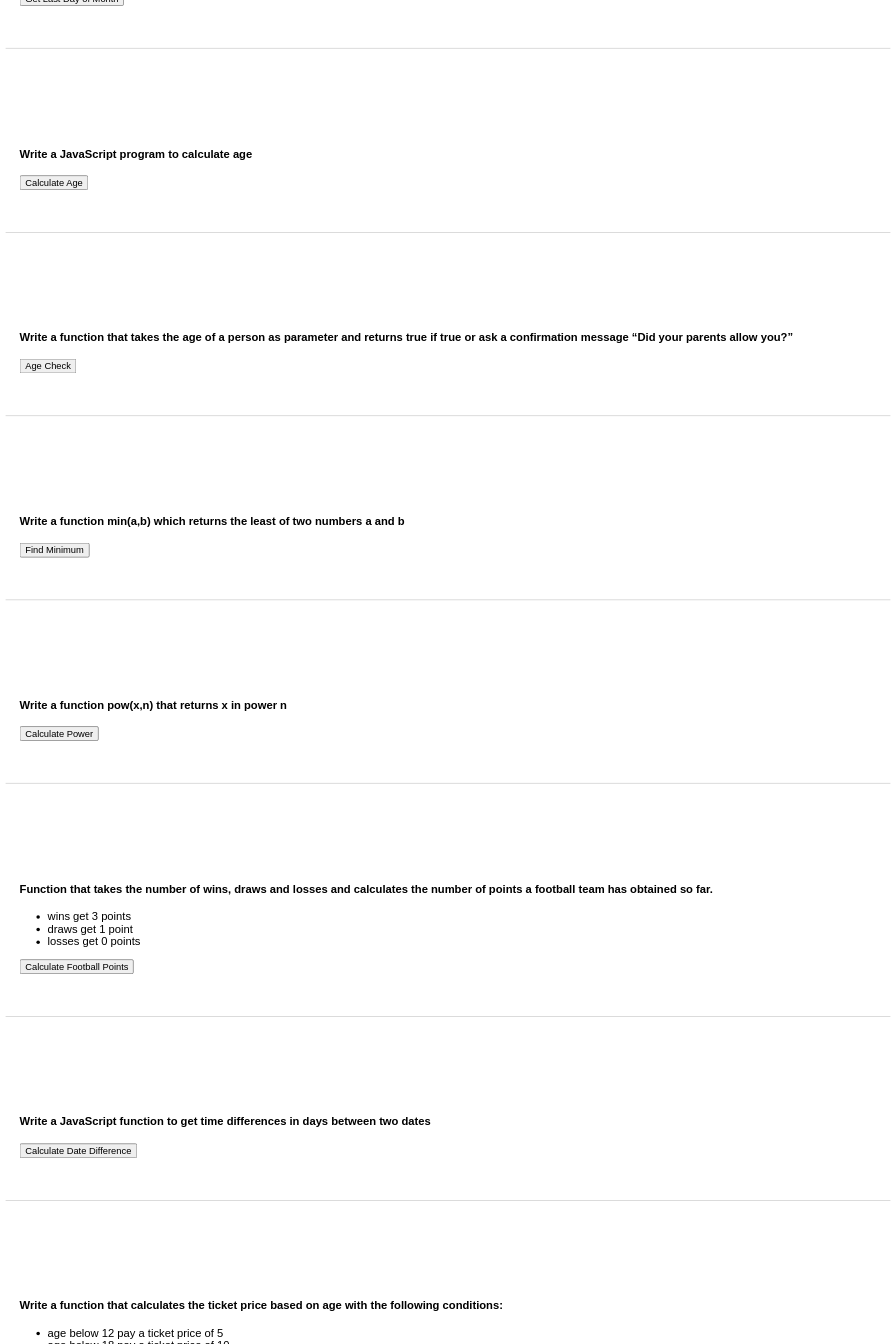
Repository: JoshuaTimothyFelix/fullstack-practice-projects
Page: JavaScript-practice/JScriptPractice.html
The author's editor kept a copy of each file at every save. The page is drawn from the files as they stood at one save, then again after the next save.
The browser window is 1280 px wide. The pictures show the part of the page from y = 2579 to 4499 px (the page is 4652 px tall before and 4649 px after), at 70% of full size.
After loading, the first visible `#calculateAge` was clicked once.

Above is the page before, as saved 2024-07-31 08:02:44.
Console error: TypeError: Cannot set properties of null (setting 'textContent')

### JavaScript-practice/JScriptPractice.html
<!DOCTYPE html>
<html lang="en-us">
<head>
    <meta charset="UTF-8">
    <meta name="viewport" content="width=device-width, initial-scale=1.0">
    <title>Practice JavaScript</title>
    <style>
        body {
            font-family: Arial, sans-serif;
        }
        nav {
            position: fixed;
            top: 0px;
            left: 0px;
            width: 100%;
            background-color: #333;
            color: #fff;
            padding: 10px;
            z-index: 1000;
        }
        nav a {
            color: #fff;
            text-decoration: n;
            margin:15px 0px;
        }
        section {
            padding: 60px 20px;
            margin-top: 60px;
            border-bottom: 1px solid #ccc;
        }
        #output {
            font-size: 20px;
        }
    </style>
    <script src="Scripts/alphabetizeString.js"></script>
</head>
<body>

    <nav>
        <h1><center>Practice JavaScript</center></h1>
        <br><br>
        <a href="#section1">Section 1</a>
        <a href="#section2">Section 2</a>
        <a href="#section3">Section 3</a>
        <a href="#section4">Section 4</a>
        <a href="#section5">Section 5</a>
        <a href="#section6">Section 6</a>
        <a href="#section7">Section 7</a>
        <a href="#section8">Section 8</a>
        <a href="#section9">Section 9</a>
        <a href="#section10">Section 10</a>
        <a href="#section11">Section 11</a>
        <a href="#section12">Section 12</a>
        <a href="#section13">Section 13</a>
        <a href="#section14">Section 14</a>
        <a href="#section15">Section 15</a>
        <a href="#section16">Section 16</a>
    </nav>
    <br>

    <section id="section1">
        <h4>Use the for loop to output even numbers from 2 to 10</h4>
        <div id="output1">
            <button id="displayButton">Display Even Numbers</button>

            <script>
                function displayEvenNumbers(){
                    document.getElementById('output1').addEventListener('click',function(event){
                        event.preventDefault();
                    }
                );

                    console.log("Output of even numbers from 2 to 10");
                    for (let i = 2; i <= 10; i += 2) {
                        outputDiv.innerText += i + '<br>';
                    }
                }
            </script>
        </div>
    </section>

    <section id="section2">
        <h4>Write a loop which prompts for a number greater than 100</h4>
        <div>
            <button onclick="promptForNumber()">Enter Number</button>
            <script src="Scripts/GreaterThan100.js"></script>
        </div>
    </section>

    <section id="section3">
        <h4>Write the code which outputs prime numbers in the interval from 2 to n</h4>
        <div id="primeNumbersOutput">
            <!--document.writeln("Prime numbers in the interval from 2 to n, where n is %d",n);-->
            <script>
                let n =20;
                document.writeln("Prime numbers in the interval from 2 to n, where n is %d",n);
                //console.log("Prime numbers in the interval from 2 to n");
                function printPrimes(n) {
                    let output = "";
                    for (let i = 2; i <= n; i++) {
                        let isPrime = true;
                        for (let j = 2; j < i; j++) {
                            if (i % j === 0) {
                                isPrime = false;
                                break;
                            }
                        }
                        if (isPrime) {
                            output += i + ' ';
                        }
                    }
                    document.getElementById("primeNumbersOutput").innerText = output.trim();
                }
                printPrimes(n);
            </script>
        </div>
    </section>

    <section id="section4">
        <h4>Write a JavaScript program that reverses a number</h4>
        <button onclick="reverseNumberScript()">Reverse Number</button>
        <div id="reverseNumberOutput"></div>
        <!--<script src="Scripts/reverseNumber.js"></script>-->
    </section>

    <section id="section5">
        <h4>Write a JavaScript function that returns a passed string with letters in alphabetical order</h4>
        <button onclick="alphabetizeStringScript()">Alphabetize String</button>
        <div id="alphabetizeStringOutput"></div>
        <script src="Scripts/alphabetizeString.js"></script>
    </section>

    <section id="section6">
        <h4>JavaScript function that converts the first letter of each word of the string to uppercase</h4>
        <button onclick="capitalizeFirstLetterScript()">Capitalize First Letter</button>
        <div id="capitalizeFirstLetterOutput"></div>
        <script src="Scripts/capitalizeFirstLetter.js"></script>
    </section>

    <section id="section7">
        <h4>Write a JavaScript program to get the current date</h4>
        <button onclick="getCurrentDateScript()">Get Current Date</button>
        <div id="currentDateOutput"></div>
        <script src="Scripts/getCurrentDate.js"></script>
    </section>

    <section id="section8">
        <h4>Write a JavaScript program to calculate the number of days left until next Christmas</h4>
        <button onclick="daysUntilChristmasScript()">Days Until Christmas</button>
        <div id="daysUntilChristmasOutput"></div>
        <script src="Scripts/daysUntilChristmas.js"></script>
    </section>

    <section id="section9">
        <h4>Write a JavaScript program to sort the items of an array</h4>
        <button onclick="sortArrayScript()">Sort Array</button>
        <div id="sortArrayOutput"></div>
        <script src="Scripts/sortArray.js"></script>
    </section>

    <section id="section10">
        <h4>Write a JavaScript function to get the last day of a month</h4>
        <div id="output10">
            <button id="lastDayOfMonth">Get Last Day of Month</button>
            <script src="Scripts/lastDayOfMonth.js"></script>
        </div>
    </section>

    <section id="section11">
        <h4>Write a JavaScript program to calculate age</h4>
        <div id="output11">
            <button id="calculateAge">Calculate Age</button>
            <script src="Scripts/calculateAge.js"></script>
        </div>
    </section>

    <section id="section12">
        <h4>Write a function that takes the age of a person as parameter and returns true if true or ask a confirmation message “Did your parents allow you?”</h4>
        <div id="checkingAge">
            <button id="ageCheck">Age Check</button>
            <script src="Scripts/ageCheck.js"></script>
        </div>
    </section>

    <section id="section13">
        <h4>Write a function min(a,b) which returns the least of two numbers a and b</h4>
        <div id="minOfTwoNumbers">
            <button id="minFunction">Find Minimum</button>
            <script src="Scripts/minFunction.js"></script>
        </div>
    </section>

    <section id="section14">
        <h4>Write a function pow(x,n) that returns x in power n</h4>
        <div id="output14">
            <button id="powerFunction">Calculate Power</button>
            <script src="Scripts/powerFunction.js"></script>
        </div>
    </section>

    <section id="section15">
        <h4>Function that takes the number of wins, draws and losses and calculates the number of points a football team has obtained so far.</h4>
        <ul>
            <li>wins get 3 points</li>
            <li>draws get 1 point</li>
            <li>losses get 0 points</li>
        </ul>
        <div id="output15">
            <button id="footballPoints">Calculate Football Points</button>
            <script src="Scripts/footballPoints.js"></script>
        </div>
    </section>

    <section id="section16">
        <h4>Write a JavaScript function to get time differences in days between two dates</h4>
        <div id="output16">
            <button id="dateDifference">Calculate Date Difference</button>
            <script src="Scripts/dateDifference.js"></script>
        </div>
    </section>

    <section id="section17">
        <h4>Write a function that calculates the ticket price based on age with the following conditions:</h4>
        <ul>
            <li>age below 12 pay a ticket price of 5</li>
            <li>age below 18 pay a ticket price of 10</li>
            <li>age below 60 pay a ticket price of 20</li>
            <li>age over 60 play a ticket price of 15</li>
        </ul>
        <div id="output17">
            <button id="ticketPrice">Calculate Ticket Price</button>
            <script src="Scripts/ticketPrice.js"></script>
        </div>
    </section>

</body>
</html>

### JavaScript-practice/Scripts/alphabetizeString.js
function alphabetizeStringScript(str = null) {
  let string1 = 'webmaster';
  let str1 = string1.split('').sort().join('');
  //return str1;
  console.log(str1);
  return str1;
  }

  //function test(){


  //}
//document.write

function reverseNumberScript() {
  let RNumber = 32243;
  function reverseNumber(num) {
      return parseInt(num.toString().split('').reverse().join(''));
  }
  document.getElementById('reverseNumberOutput').innerText = `Reverse of ${RNumber} is ${reverseNumber(RNumber)}`;
}

### JavaScript-practice/Scripts/GreaterThan100.js
// JScriptPractice.js
function promptForNumber(){
let number;
do {
    number = prompt("Please enter a number greater than 100:");
    if (number === null) {
        alert("Prompt cancelled.");
        break;
    }
} while (number <= 100);
}

### JavaScript-practice/Scripts/capitalizeFirstLetter.js
function capitalizeFirstLetterScript() {
    function capitalizeFirstLetter(str) {
        return str.split(' ').map(word => word.charAt(0).toUpperCase() + word.slice(1)).join(' ');
    }
    let sentence = 'the quick brown fox';
    document.getElementById('capitalizeFirstLetterOutput').innerText = `Modified string is "${capitalizeFirstLetter(sentence)}"`;
}

### JavaScript-practice/Scripts/getCurrentDate.js
function getCurrentDateScript() {
    let currentDate = new Date();
    document.getElementById('currentDateOutput').innerText = `Current date is: ${currentDate}`;
}

### JavaScript-practice/Scripts/daysUntilChristmas.js
function daysUntilChristmasScript() {
    function daysUntilChristmas() {
        let today = new Date();
        let year = today.getFullYear();
        let christmas = new Date(year, 11, 25); // December 25
        if (today > christmas) {
            christmas.setFullYear(year + 1);
        }
        let oneDay = 24 * 60 * 60 * 1000;
        return Math.ceil((christmas - today) / oneDay);
    }
    document.getElementById('daysUntilChristmasOutput').innerText = `There are ${daysUntilChristmas()} days until Christmas`;
}

### JavaScript-practice/Scripts/lastDayOfMonth.js
document.getElementById('lastDayOfMonth').addEventListener('click', function() {
    function getLastDayOfMonth(year, month) {
        return new Date(year, month + 1, 0).getDate();
    }

    const year = 2024;
    const month = 6; // July (0-based index
    document.getElementById('output10').innerHTML = 'Last day of the month: ' + getLastDayOfMonth(year, month);
});

### JavaScript-practice/Scripts/calculateAge.js
document.getElementById('calculateAge').addEventListener('click', function() {
    function calculate_age(dob) {
        const diff_ms = Date.now() - dob.getTime();
        const age_dt = new Date(diff_ms);

        return Math.abs(age_dt.getUTCFullYear() - 1970);
    }

    document.getElementById('output').textContent = 'Age: ' + calculate_age(new Date(1982, 11, 4));
});

### JavaScript-practice/Scripts/ageCheck.js
document.getElementById('ageCheck').addEventListener('click', function() {
    function ageCheck(age) {
        if (age >= 18) {
            return true;
        } else {
            return confirm("Did your parents allow you?");
        }
    }

    const age = prompt("Enter your age:");
    const result = ageCheck(age);
    document.getElementById('output').textContent = 'Age check result: ' + result;
});

### JavaScript-practice/Scripts/minFunction.js
function min(a, b) {
    return a < b ? a : b;
}

document.getElementById('minFunction').addEventListener('click', function(event) {
    event.preventDefault();


    const a = parseFloat(prompt("Enter first number:"));
    const b = parseFloat(prompt("Enter second number:"));
    let str = 'Minimum: ' + min(a, b);
    document.getElementById('minOfTwoNumbers').innerHTML = str;
});

### JavaScript-practice/Scripts/powerFunction.js
document.getElementById('powerFunction').addEventListener('click', function() {
    function pow(x, n) {
        return x ** n;
    }

    const x = parseFloat(prompt("Enter the base number:"));
    const n = parseInt(prompt("Enter the exponent:"), 10);
    document.getElementById('output').textContent = `${x} to the power of ${n} is: ` + pow(x, n);
});

### JavaScript-practice/Scripts/footballPoints.js
document.getElementById('footballPoints').addEventListener('click', function() {
    function calculatePoints(wins, draws, losses) {
        return wins * 3 + draws;
    }

    const wins = parseInt(prompt("Enter number of wins:"), 10);
    const draws = parseInt(prompt("Enter number of draws:"), 10);
    const losses = parseInt(prompt("Enter number of losses:"), 10);
    document.getElementById('output').textContent = 'Total points: ' + calculatePoints(wins, draws, losses);
});

### JavaScript-practice/Scripts/dateDifference.js
document.getElementById('dateDifference').addEventListener('click', function() {
    function diff_days(dt1, dt2) {
        const oneDay = 24 * 60 * 60 * 1000;
        return Math.round(Math.abs((dt2 - dt1) / oneDay));
    }

    const dt1 = new Date("October 13, 2014 08:11:00");
    const dt2 = new Date("October 19, 2014 11:13:00");
    document.getElementById('output').textContent = 'Difference in days: ' + diff_days(dt1, dt2);
});

### JavaScript-practice/Scripts/ticketPrice.js
document.getElementById('ticketPrice').addEventListener('click', function() {
    function calculateTicketPrice(age) {
        if (age < 12) {
            return 5;
        } else if (age < 18) {
            return 10;
        } else if (age < 60) {
            return 20;
        } else {
            return 15;
        }
    }

    const age = parseInt(prompt("Enter your age:"), 10);
    document.getElementById('output17').innerHTML = '<h3>Ticket price:</h3>' + calculateTicketPrice(age);
});

Loaded but not shown: JavaScript-practice/Scripts/sortArray.js (no stored copy; drawn as an empty file)

After the next save:
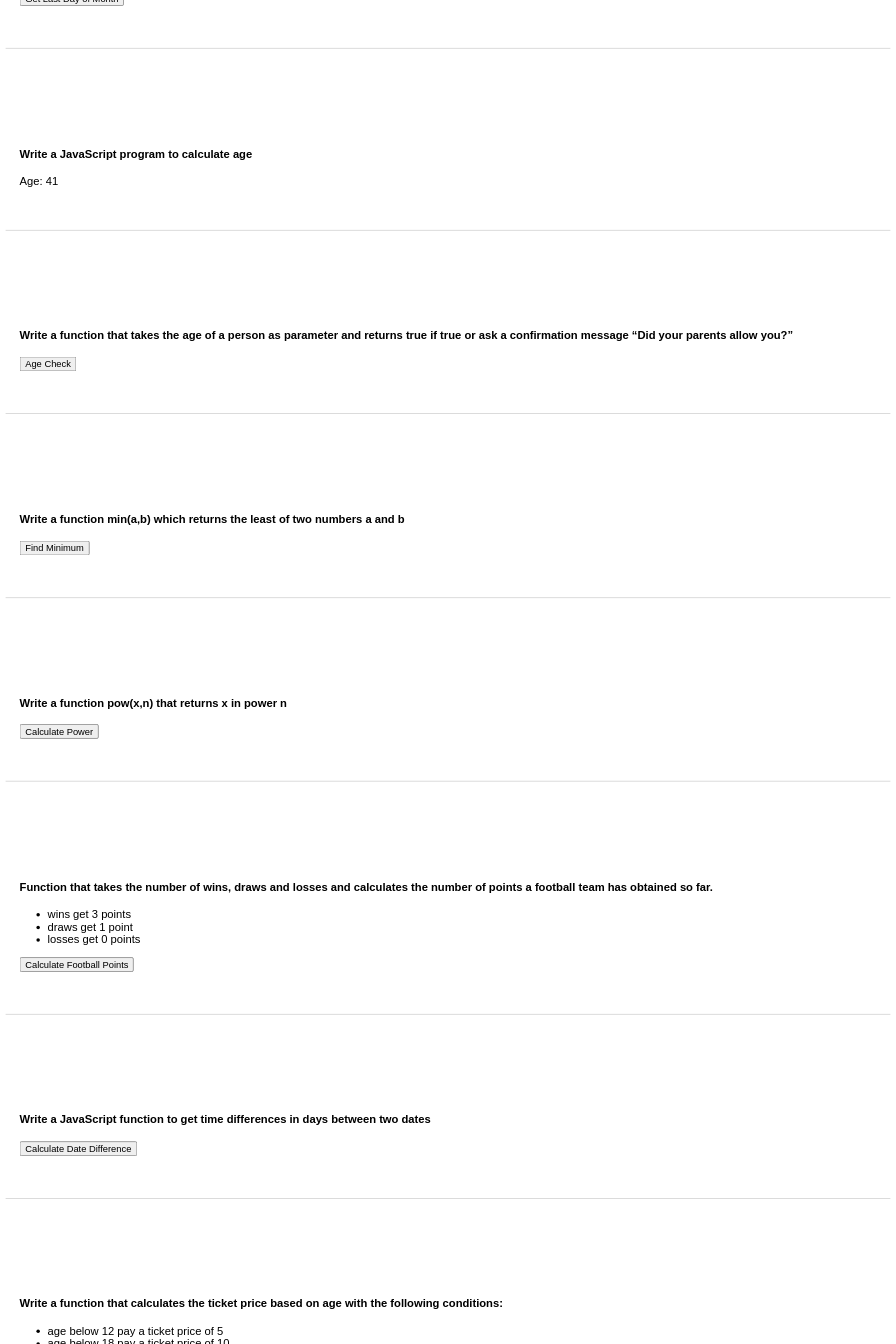
The error is gone.
Saved 2 h 1 min later.
--- a/JavaScript-practice/Scripts/calculateAge.js
+++ b/JavaScript-practice/Scripts/calculateAge.js
@@ -6,5 +6,5 @@ document.getElementById('calculateAge').addEventListener('click', function() {
         return Math.abs(age_dt.getUTCFullYear() - 1970);
     }
 
-    document.getElementById('output').textContent = 'Age: ' + calculate_age(new Date(1982, 11, 4));
+    document.getElementById('output11').textContent = 'Age: ' + calculate_age(new Date(1982, 11, 4));
 });
